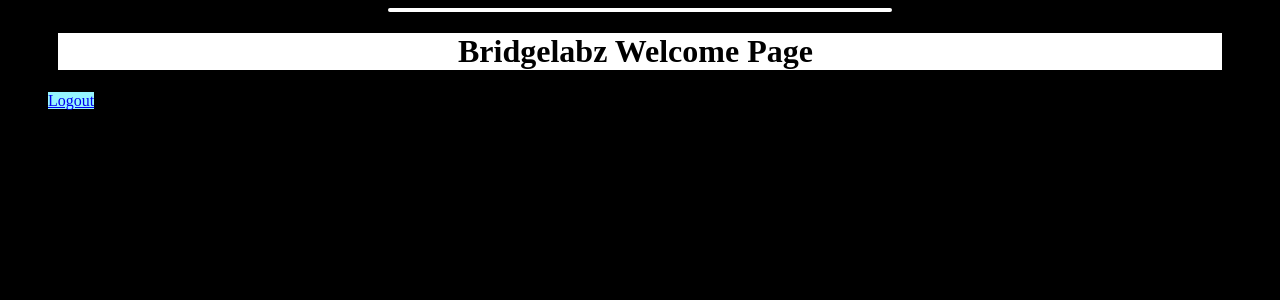
Repository: MarkFernandes11/Advanced-Java
Page: http://localhost/Login/welcome.jsp
These files come from the project's save history. The page is drawn as it stood at one moment and after the next save; the edit follows.
The browser window is 1280 px wide. The pictures show the whole page.
The page is served by Tomcat 9.

Above is the page before, as saved 2019-09-26 12:18:35.

After the next save:
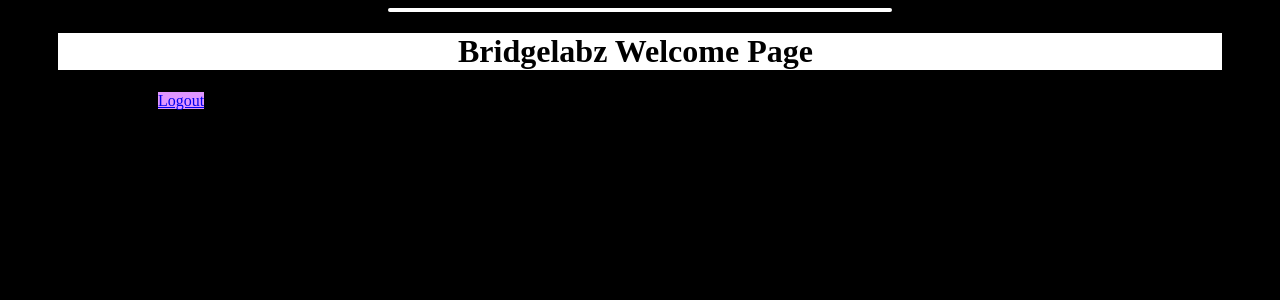
Saved 42 s later.
--- a/Login/WebContent/welcome.jsp
+++ b/Login/WebContent/welcome.jsp
@@ -15,6 +15,7 @@
 			<h1>Bridgelabz Welcome Page</h1>
 	</header>
 
-	<a href="login.jsp" class = "button">Logout</a>
+
+	<a href="login.jsp">Logout</a>
 </body>
 </html>
